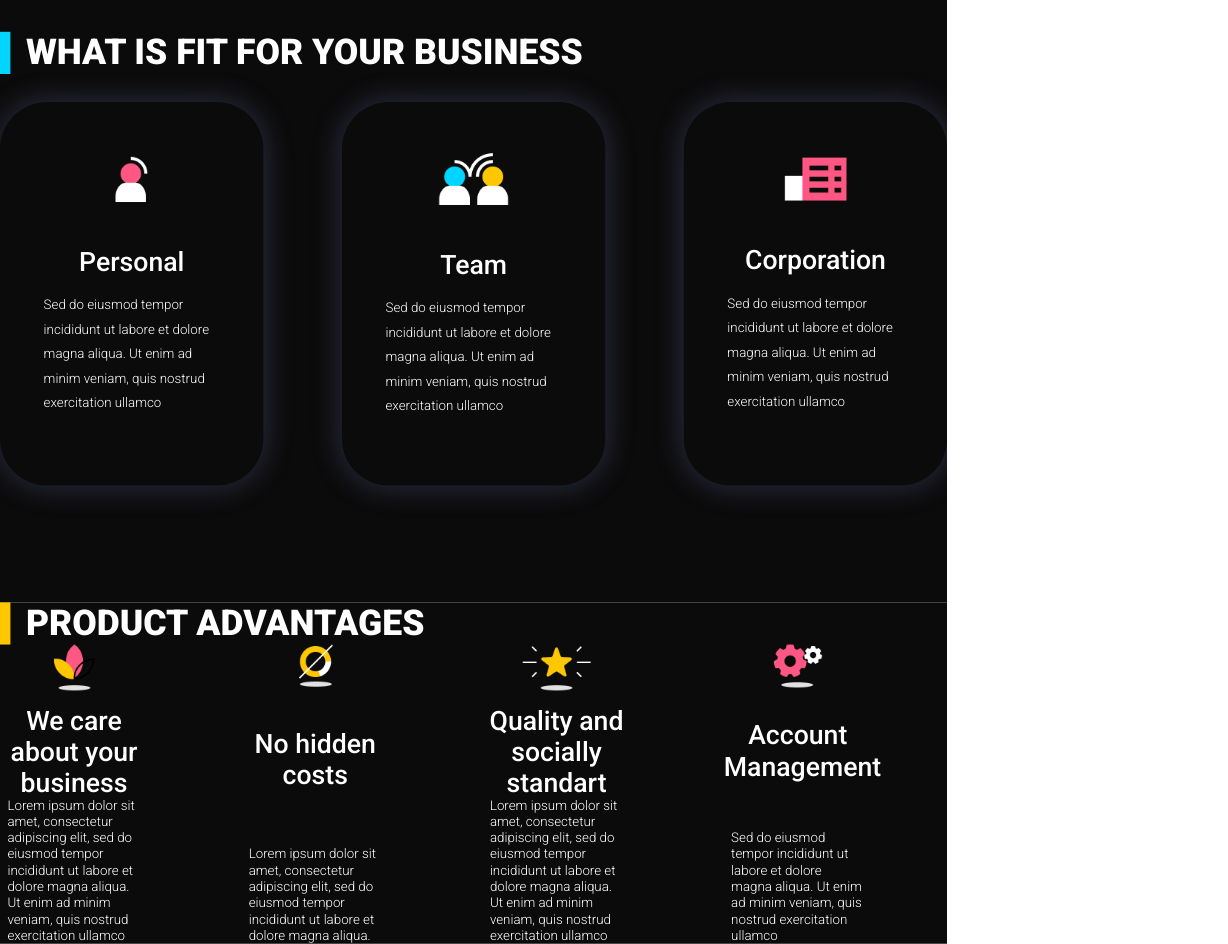
Repository: VetaWhale/team-site-test
Page: index.html
These files come from the project's save history. The page is drawn as it stood at one moment and after the next save; the edit follows.
The browser window is 1280 px wide. The page is 1280 px wide, then 1660 px, then 1280 px, so the pictures cover 1660 px, including what lies to the right of the window. The pictures show the whole page, at 74% of full size.
Some web fonts or font styles are not loaded; a fallback is used.

Above is the page before, as saved 2023-04-24 15:16:28.

### index.html
<!DOCTYPE html>
<html lang="en">

<head>
    <meta charset="UTF-8" />
    <link rel="stylesheet" href="./css/reset.css" />
    <link rel="preconnect" href="https://fonts.googleapis.com" />
    <link rel="preconnect" href="https://fonts.gstatic.com" crossorigin />
    <link href="https://fonts.googleapis.com/css2?family=Nunito:wght@400;800&family=Oranienbaum&family=Prata&family=Rammetto+One&family=Roboto:wght@300;400;500;700;900&display=swap" rel="stylesheet" />
    <link rel="stylesheet" href="./css/index.css" />
    <title>Our test site</title>
</head>

<body>
    <header></header>
    <main>
        <section class="business">
            <div class="business__title">
                <img class="business__icon" src="./resources/business_icon.png" alt="">
                <h2 class="business__text">
                    WHAT IS FIT FOR YOUR BUSINESS
                </h2>
            </div>
            <div class="business__container">
                <div class="business__item">
                    <img src="./resources/people__icon.png" alt="" />
                    <h2 class="business__title-text">Personal</h2>
                    <p class="business__description">
                        Sed do eiusmod tempor incididunt ut labore et dolore magna aliqua. Ut enim ad minim veniam, quis nostrud exercitation ullamco
                    </p>
                </div>

                <div class="business__item">
                    <img src="./resources/two_people__icon.png" alt="" />
                    <h2 class="business__title-text">Team</h2>
                    <p class="business__description">
                        Sed do eiusmod tempor incididunt ut labore et dolore magna aliqua. Ut enim ad minim veniam, quis nostrud exercitation ullamco
                    </p>
                </div>
                <div class="business__item">
                    <img src="./resources/home__icon.png" alt="" />
                    <h2 class="business__title-text">Corporation</h2>
                    <p class="business__description">
                        Sed do eiusmod tempor incididunt ut labore et dolore magna aliqua. Ut enim ad minim veniam, quis nostrud exercitation ullamco
                    </p>
                </div>
            </div>
        </section>
        <section class="product__section">
            <div class="product__title">
                <img src="./resources/product_icon.png" alt="">
                <h2>
                    PRODUCT ADVANTAGES
                </h2>
            </div>
            <div class="product__container">
                <div class="product__item">
                    <img src="./resources/product_icon-flower.png" alt="">
                    <h2 class="product__title-text">
                        We care about your business
                    </h2>
                    <p class="product__description">
                        Lorem ipsum dolor sit amet, consectetur adipiscing elit, sed do eiusmod tempor incididunt ut labore et dolore magna aliqua. Ut enim ad minim veniam, quis nostrud exercitation ullamco
                    </p>
                </div>
                <div class="product__item">
                    <img src="./resources/product_icon-ellipse.png" alt="">
                    <h2 class="product__title-text">
                        No hidden costs
                    </h2>
                    <p class="product__description">
                        Lorem ipsum dolor sit amet, consectetur adipiscing elit, sed do eiusmod tempor incididunt ut labore et dolore magna aliqua.
                    </p>
                </div>
                <div class="product__item">
                    <img src="./resources/product_icon-star.png" alt="">
                    <h2 class="product__title-text">
                        Quality and socially standart
                    </h2>
                    <p class="product__description">
                        Lorem ipsum dolor sit amet, consectetur adipiscing elit, sed do eiusmod tempor incididunt ut labore et dolore magna aliqua. Ut enim ad minim veniam, quis nostrud exercitation ullamco
                    </p>
                </div>
                <div class="product__item">
                    <img src="./resources/ICON 04.png" alt="">
                    <h2 class="product__title-text">
                        Account Management
                    </h2>
                    <p class="product__description">
                        Sed do eiusmod tempor incididunt ut labore et dolore magna aliqua. Ut enim ad minim veniam, quis nostrud exercitation ullamco
                    </p>
                </div>
            </div>
        </section>
    </main>
    <footer></footer>
</body>

</html>

### css/index.css
/* Шрифты для нашего сайта */


/*
font-family: 'Nunito', sans-serif;
font-family: 'Oranienbaum', serif;
font-family: 'Prata', serif;
font-family: 'Rammetto One', cursive;
font-family: 'Roboto', sans-serif;
*/

@import'../css/business.css';
@import'../css/product.css';
body {
    font-family: 'Roboto', sans-serif;
}

### css/business.css
.business {
    width: 100%;
    background-color: #0C0B0B;
    padding-top: 43px;
    margin: 0 auto;
}

.business__container {
    max-width: 1440px;
    margin: 0 auto;
    display: flex;
    flex-direction: row;
    gap: 94px;
    padding-top: 38px;
    padding-bottom: 158px;
    justify-content: space-between;
}

.business__title {
    max-width: 1440px;
    margin: 0 auto;
    display: flex;
    gap: 20px;
}

.business__text {
    font-weight: 900;
    font-size: 48px;
    line-height: 56px;
    color: #FFFFFF;
}

.business__title-text {
    font-weight: 500;
    font-size: 36px;
    line-height: 42px;
    color: #FFFFFF;
    padding-top: 40px;
}

.business__item {
    display: flex;
    justify-content: center;
    align-items: center;
    flex-direction: column;
    width: 356px;
    height: 518px;
    box-shadow: 0px 0px 40px rgba(146, 163, 255, 0.25);
    border-radius: 63px;
    gap: 20px;
}

.business__description {
    font-weight: 300;
    font-size: 18px;
    line-height: 33px;
    color: #FFFFFF;
    width: 238.17px;
    height: 188px
}

### css/product.css
.product__section {
    width: 100%;
    background-color: #0C0B0B;
    margin: 0 auto;
}

.product__title {
    margin: 0 auto;
    display: flex;
    font-weight: 900;
    font-size: 48px;
    line-height: 56px;
    color: #FFFFFF;
    gap: 20px;
}

.product__container {
    display: flex;
    margin: 0 auto;
    width: 100%;
    max-width: 1440px;
    flex-direction: row;
    gap: 126px;
}

.product__item {
    display: flex;
    flex-direction: column;
    align-items: center;
    justify-content: space-between;
    gap: 20px;
}

.product__title-text {
    font-weight: 500;
    font-size: 36px;
    line-height: 42px;
    width: 200px;
    height: 104px;
    color: #FFFFFF;
    text-align: center;
}

.product__description {
    font-weight: 300;
    font-size: 18px;
    line-height: 22px;
    width: 180px;
    color: #FFFFFF;
}

Loaded but not shown: css/reset.css (common file)

After the next save:
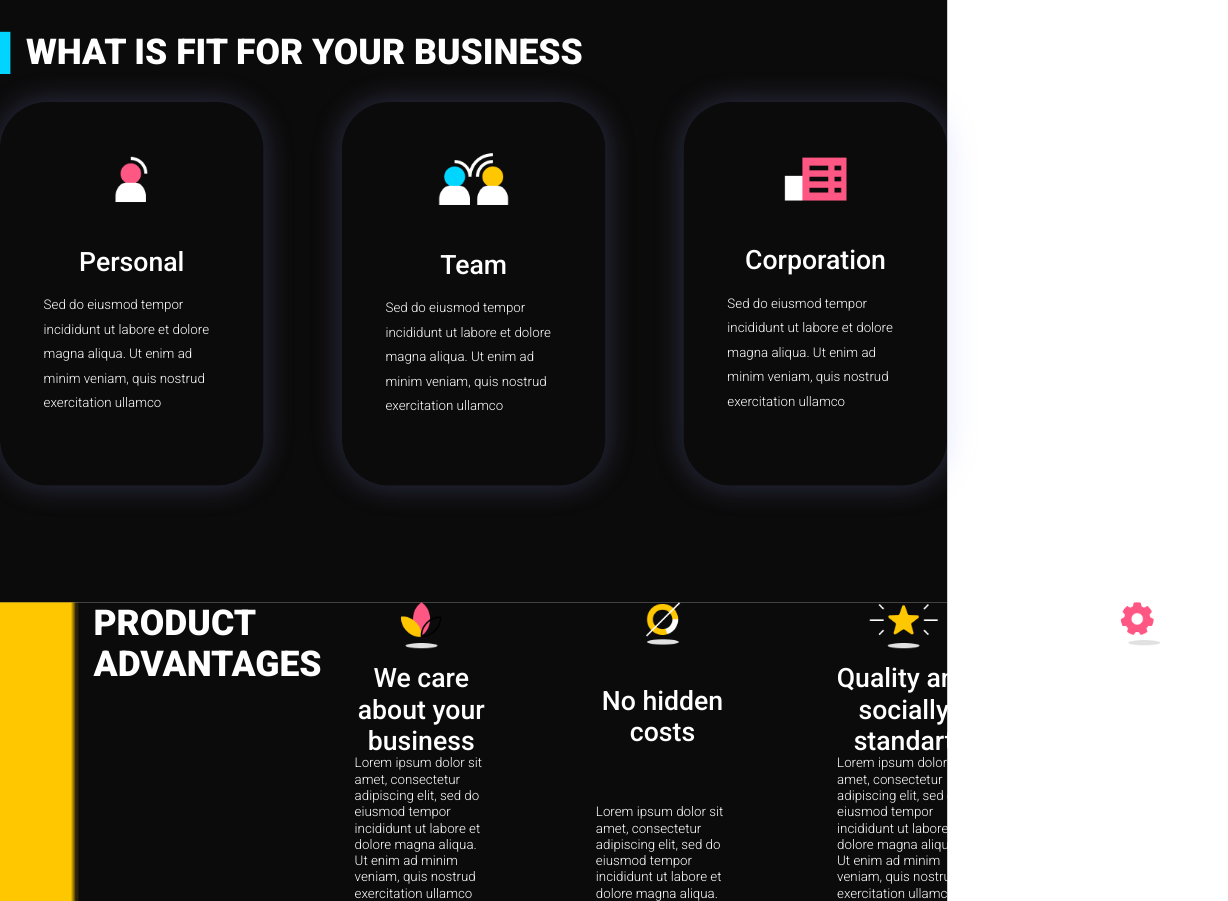
Saved 21 s later.
--- a/index.html
+++ b/index.html
@@ -47,13 +47,13 @@
             </div>
         </section>
         <section class="product__section">
-            <div class="product__title">
-                <img src="./resources/product_icon.png" alt="">
-                <h2>
-                    PRODUCT ADVANTAGES
-                </h2>
-            </div>
             <div class="product__container">
+                <div class="product__title">
+                    <img src="./resources/product_icon.png" alt="">
+                    <h2>
+                        PRODUCT ADVANTAGES
+                    </h2>
+                </div>
                 <div class="product__item">
                     <img src="./resources/product_icon-flower.png" alt="">
                     <h2 class="product__title-text">

After the save that followed:
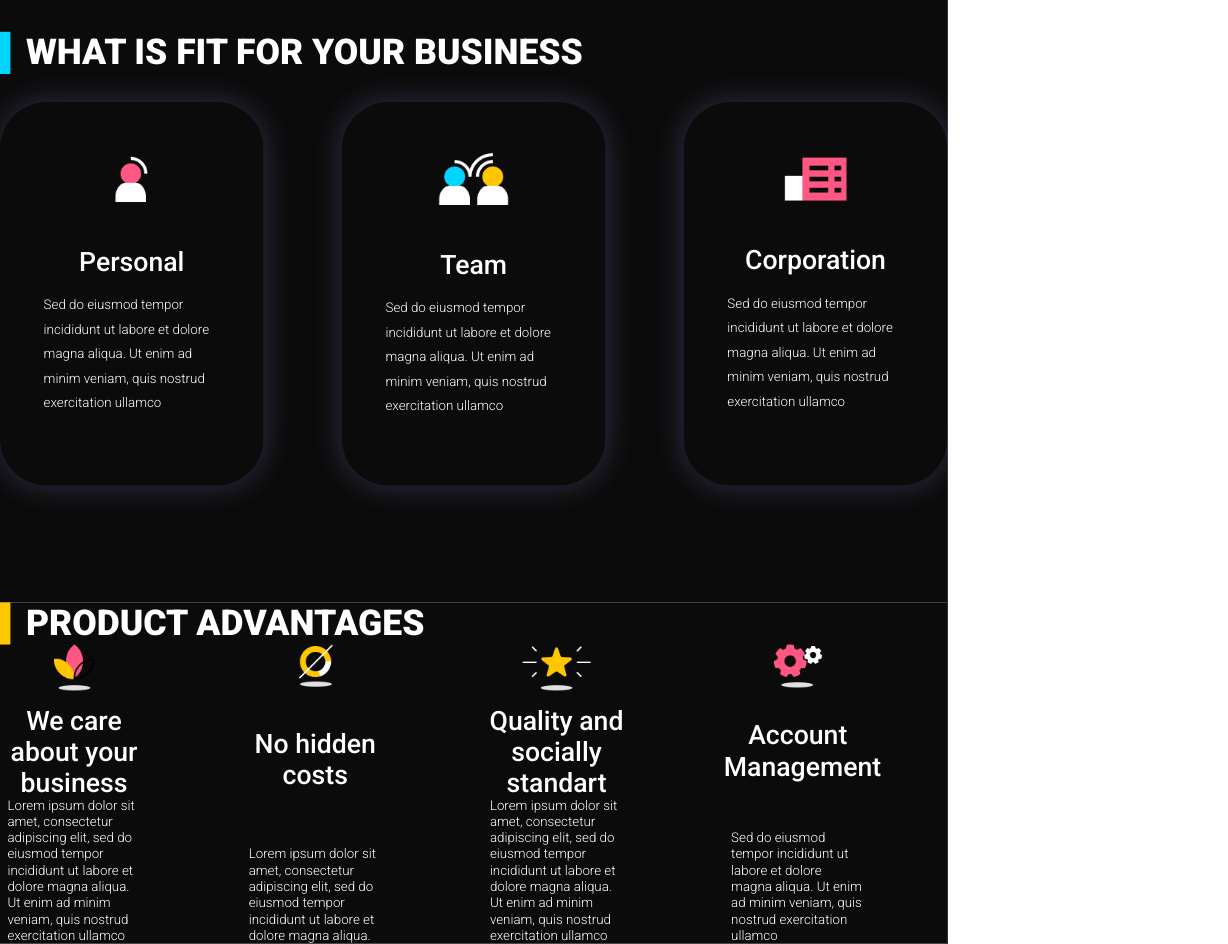
Saved 5 s later.
--- a/index.html
+++ b/index.html
@@ -47,13 +47,13 @@
             </div>
         </section>
         <section class="product__section">
+            <div class="product__title">
+                <img src="./resources/product_icon.png" alt="">
+                <h2>
+                    PRODUCT ADVANTAGES
+                </h2>
+            </div>
             <div class="product__container">
-                <div class="product__title">
-                    <img src="./resources/product_icon.png" alt="">
-                    <h2>
-                        PRODUCT ADVANTAGES
-                    </h2>
-                </div>
                 <div class="product__item">
                     <img src="./resources/product_icon-flower.png" alt="">
                     <h2 class="product__title-text">
